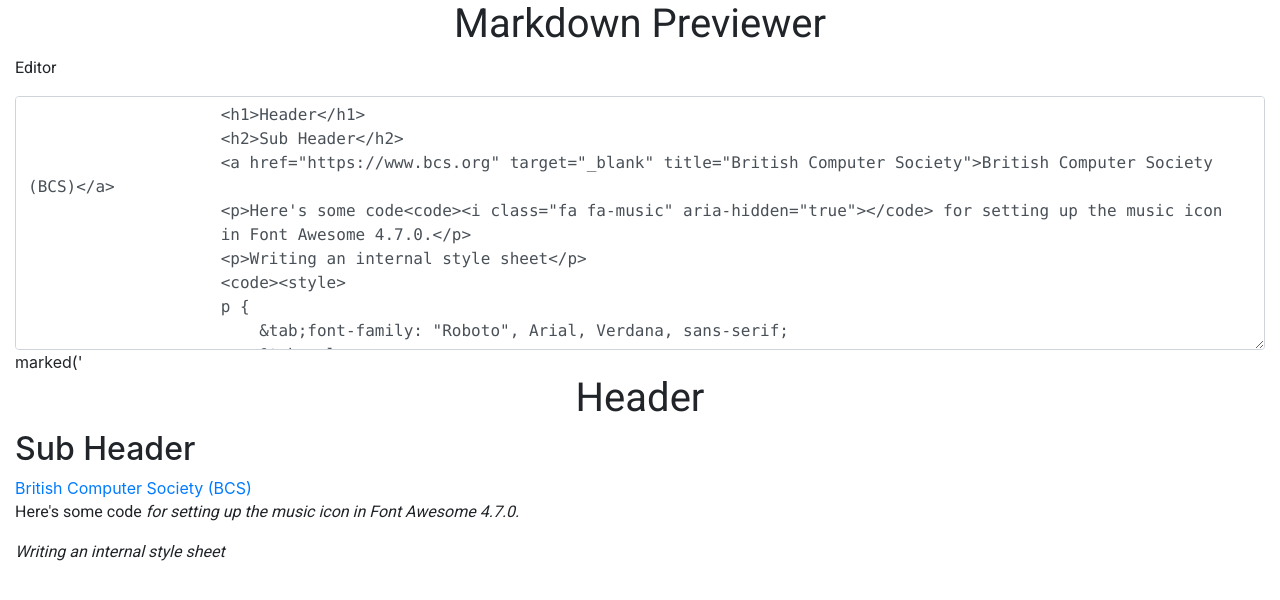
Repository: derektypist/markdown-previewer
Page: index.html
The author's editor kept a record of every edit. The page is drawn from the files as they stood at one moment, then again after the next edit.
The browser window is 1280 px wide. The pictures show the whole page.

Above is the page before.

### index.html
<!DOCTYPE html>
<html lang="en">

<head>
    <meta charset="UTF-8">
    <meta name="viewport" content="width=device-width, initial-scale=1.0">
    <meta http-equiv="X-UA-Compatible" content="ie=edge">
    <title>Markdown Previewer</title>
    <!-- Load Style Sheets -->
    <link rel="stylesheet" href="https://maxcdn.bootstrapcdn.com/bootstrap/4.4.1/css/bootstrap.min.css" integrity="sha384-Vkoo8x4CGsO3+Hhxv8T/Q5PaXtkKtu6ug5TOeNV6gBiFeWPGFN9MuhOf23Q9Ifjh" crossorigin="anonymous">
    <link href="https://fonts.googleapis.com/css?family=Roboto&display=swap" rel="stylesheet">
    <style>
        /* Heading H1 */

        h1 {
            font-family: "Roboto", Arial, Verdana, sans-serif;
            text-align: center;
        }

        /* Editor */

        p {
            font-family: "Roboto", Arial, Verdana, sans-serif;
        }

        #editor {
            font-family: "Consolas", monospace;
        }
    </style>
    <!-- Load Scripts -->
    <script src="https://cdn.jsdelivr.net/npm/marked/marked.min.js"></script>
    <script src="https://ajax.googleapis.com/ajax/libs/jquery/3.4.1/jquery.min.js"></script>
    <script>
        // Define Function
        function displayPreview() {
            // Define Variable
            let userinput = $("#editor").val();

            // If the textarea is blank, display message
            if (userinput.length == 0 ) {
                $("#preview").html(`<h2>Please enter some text</h2>`);
                return;
            }

            // Display Previewed Text
            $("#preview").html(
                `<header>marked('${userinput}')</header>`);

        }


        // Load Function
        $(document).ready(displayPreview);
    </script>
</head>

<body>
    <!-- Set Up Heading -->
    <header class="container-fluid">
        <h1>Markdown Previewer</h1>
    </header>

    <!-- Set Up Section -->
    <section class="container-fluid">
        <!-- Set Up Editor -->
        <article>
            <p>Editor</p>
                <!-- Set Up textarea with Default Value -->
                <textarea class="form-control" id="editor" value="project" rows="10" oninput="displayPreview()">
                    <h1>Header</h1>
                    <h2>Sub Header</h2>
                    <a href="https://www.bcs.org" target="_blank" title="British Computer Society">British Computer Society (BCS)</a>
                    <p>Here's some code<code>&lt;i class=&quot;fa fa-music&quot; aria-hidden=&quot;true&quot;&gt;</code> for setting up the music icon
                    in Font Awesome 4.7.0.</p>
                    <p>Writing an internal style sheet</p>
                    <code>&lt;style&gt;
                    p {
                        &tab;font-family: &quot;Roboto&quot;, Arial, Verdana, sans-serif&semi;
                        &tab:color: green&semi;
                        }</code>
                    <p>Favourite Celebrities</p>
                    <ul>
                        <li>Anna Richardson</li>
                        <li>Kate Garraway</li>
                        <li>Ruth Langsford</li>
                        <li>Susanna Reid</li>
                    </ul>
                    <blockquote cite="https://www.bcs.org">
                        The purpose of the British Computer Society (BCS) is to promote and
                        advance the education and practice of computing for the benefit of the public.
                    </blockquote>
                    <img src="ely-cathedral.JPG" alt="Ely Cathedral"/>
                    <b>Here is some bold text</b>
                    </textarea>

                <!-- Set Up Previewer -->
                <article id="preview"></article>

        </article>
    </section>
</body>

</html>

After the next edit:
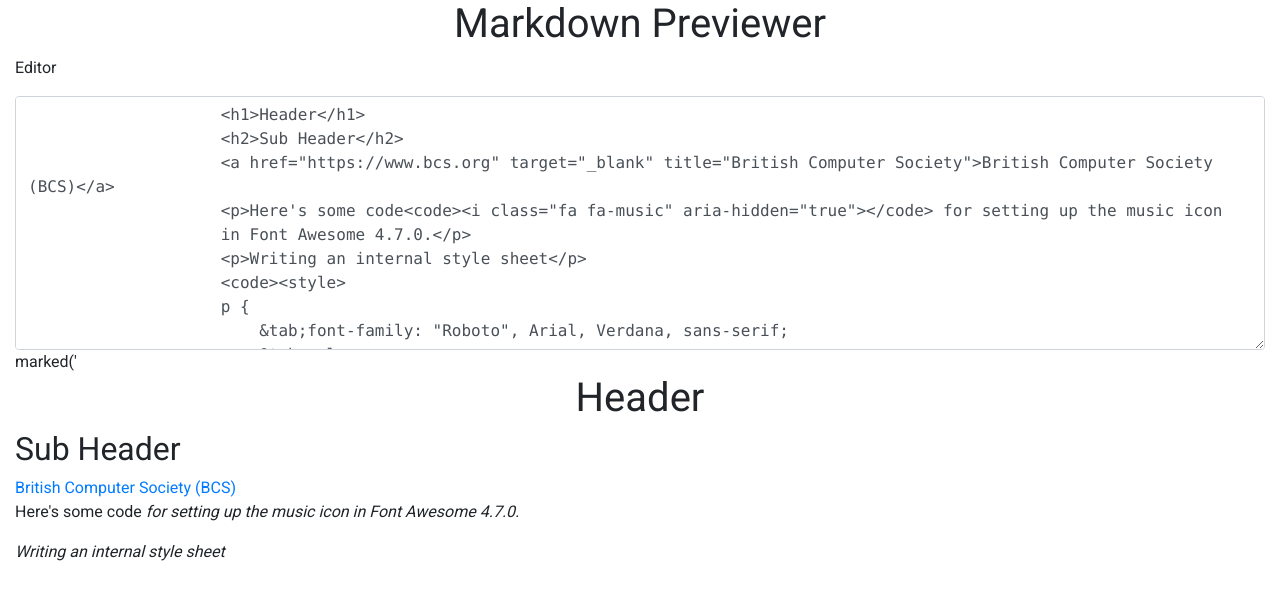
The edit:
--- a/index.html
+++ b/index.html
@@ -25,6 +25,13 @@
 
         #editor {
             font-family: "Consolas", monospace;
+        }
+
+
+        /* Previewer */
+
+        #preview {
+            font-family: "Roboto";
         }
     </style>
     <!-- Load Scripts -->
